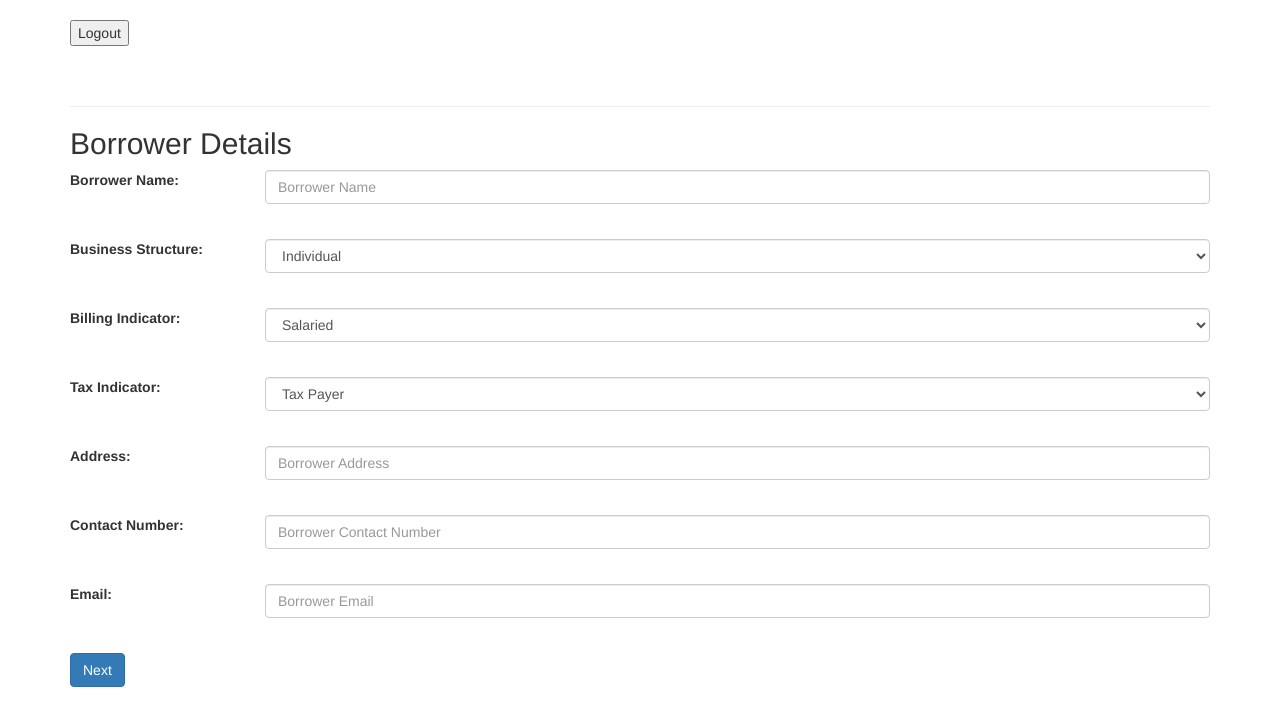
Repository: Bayvao/E-Loan-Project
Page: http://localhost/E-Loan-Project/WEB-INF/views/borrower-details-form.jsp
The author's editor kept a copy of each file at every save. The page is drawn from the files as they stood at one save, then again after the next save.
The browser window is 1280 px wide. The pictures show the whole page.
The page is served by Tomcat 9. Nobody is signed in. The template is opened directly, without the code that normally fills it, so the values that code supplies are empty.

Above is the page before, as saved 2020-07-20 12:43:17.

After the next save:
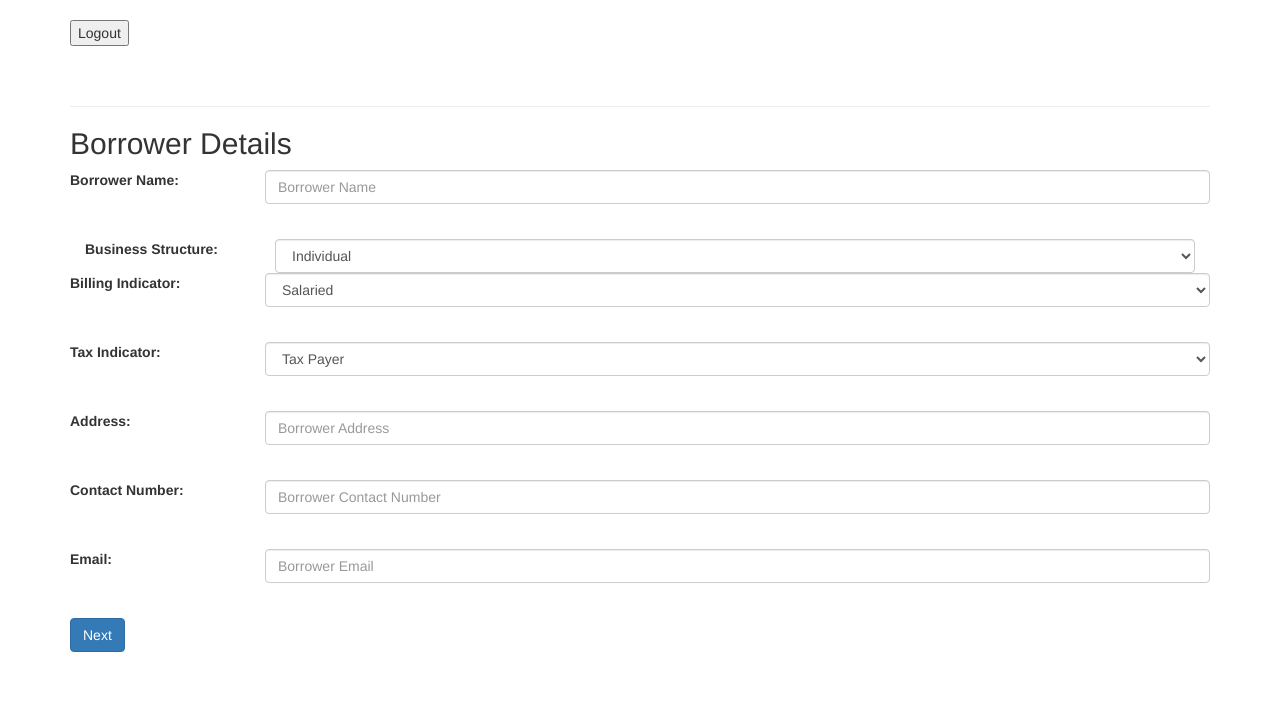
Saved 2 min 36 s later.
--- a/E-Loan-Project/src/main/webapp/WEB-INF/views/borrower-details-form.jsp
+++ b/E-Loan-Project/src/main/webapp/WEB-INF/views/borrower-details-form.jsp
@@ -60,7 +60,7 @@
 				</div>
 			</div>
 			<br>
-			<div class="form-group row">
+			<div class="form-row align-items-center">
 				<label class="col-sm-2 col-form-label">Business Structure: </label>
 				<div class="col-sm-10">
 					<form:select path="bStructure" class="form-control">
